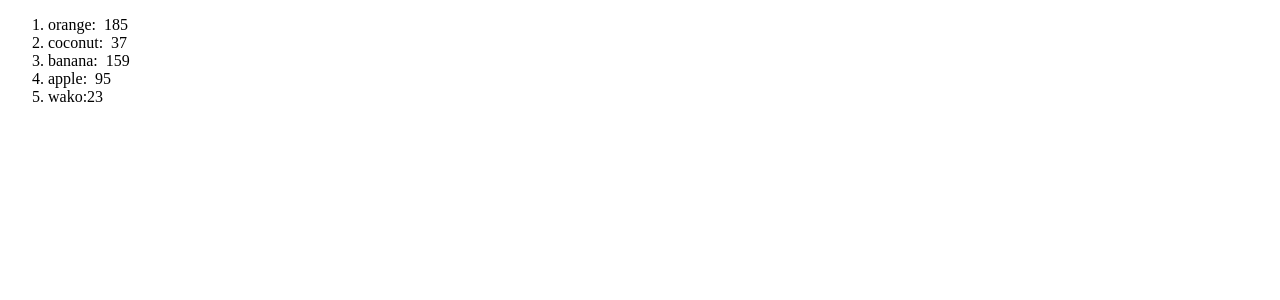
Repository: wakoya-tech/my-react-practice
Page: /
The author's editor kept a copy of each file at every save. The page is drawn from the files as they stood at one save, then again after the next save.
The browser window is 1280 px wide. The pictures show the whole page.
The project was rebuilt for these pictures with package versions that can differ from the ones it lists, and the page was loaded fresh each time. Also part of the build but not shown: vite.config.js, src/index.css.

Above is the page before, as saved 2025-10-01 15:53:25.

### src/App.jsx
import List from './List.jsx';

const vibe = { name: "wako:",calories: 23};

function App() {
  return (<>
  <List name={vibe.name} calories={  vibe.calories} />
  </>

  );
}

export default App;

### src/List.jsx
function List(props) {
    const fruits = [
      {id:1, name: "apple", calories: 95 },
      {id:2, name: "orange", calories: 185 },
      {id:3, name: "banana", calories: 159 },
      {id:4, name: "coconut", calories: 37 }
    ];
 // fruits.sort((a,b)=>a.name.localeCompare(b.name))
 fruits.sort((a,b)=>b.name.localeCompare(a.name))

    const listItems = fruits.map(fruit =>
      <li key={fruit.id}>{fruit.name}: &nbsp;
      {fruit.calories}</li>
    );

    return (
      <ol>
        {listItems}
        <li>{props.name}{props.calories}</li>
      </ol>
    );
  }

  export default List;

Loaded but not shown: index.html (common file); src/main.jsx (common file)

After the next save:
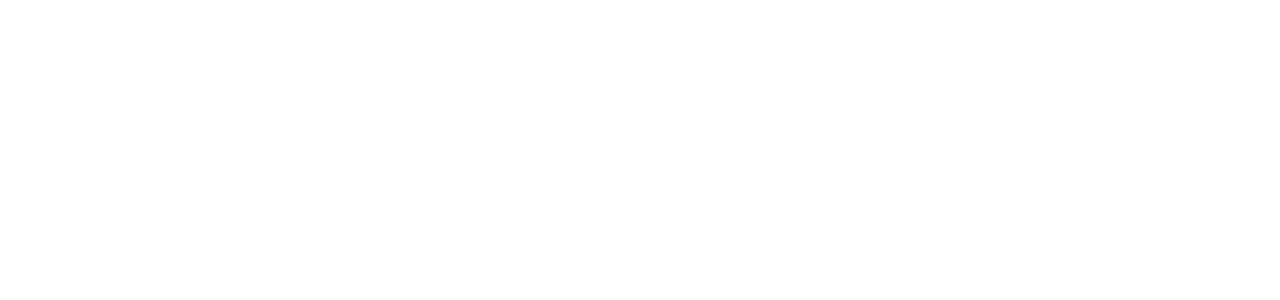
Console error: TypeError: fruits.Push is not a function
Saved 4 min 54 s later.
--- a/src/List.jsx
+++ b/src/List.jsx
@@ -5,6 +5,8 @@
       {id:3, name: "banana", calories: 159 },
       {id:4, name: "coconut", calories: 37 }
     ];
+   fruits.Push({id:5,name:props.name,calories:props.calories});
+
  // fruits.sort((a,b)=>a.name.localeCompare(b.name))
  fruits.sort((a,b)=>b.name.localeCompare(a.name))
 

After the 2 saves that followed:
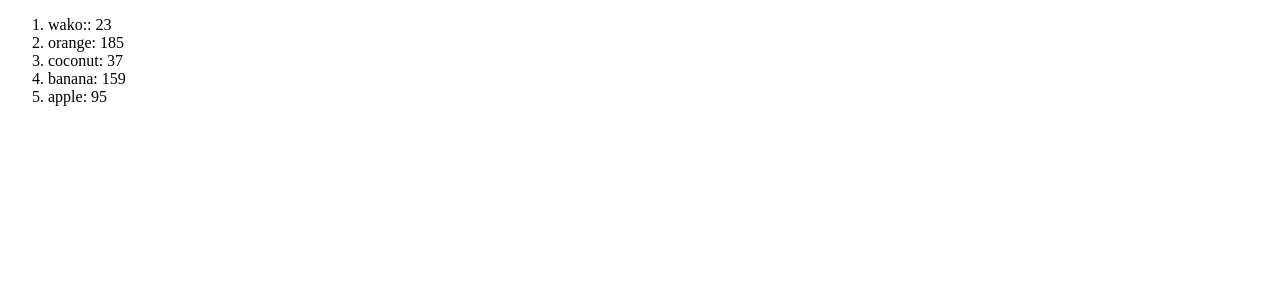
The error is gone.
The 2 saves are shown as one change because 1 left the picture as it was.
The last was saved 6 min 36 s later.
--- a/src/List.jsx
+++ b/src/List.jsx
@@ -1,24 +1,26 @@
 function List(props) {
     const fruits = [
-      {id:1, name: "apple", calories: 95 },
-      {id:2, name: "orange", calories: 185 },
-      {id:3, name: "banana", calories: 159 },
-      {id:4, name: "coconut", calories: 37 }
+      {id: 1, name: "apple", calories: 95 },
+      {id: 2, name: "orange", calories: 185 },
+      {id: 3, name: "banana", calories: 159 },
+      {id: 4, name: "coconut", calories: 37 }
     ];
-   fruits.Push({id:5,name:props.name,calories:props.calories});
 
- // fruits.sort((a,b)=>a.name.localeCompare(b.name))
- fruits.sort((a,b)=>b.name.localeCompare(a.name))
+    // Add wako into the same array
+    fruits.push({ id: 5, name: props.name, calories: props.calories });
+
+    // Sort all items (descending by name)
+    fruits.sort((a, b) => b.name.localeCompare(a.name));
 
     const listItems = fruits.map(fruit =>
-      <li key={fruit.id}>{fruit.name}: &nbsp;
-      {fruit.calories}</li>
+      <li key={fruit.id}>
+        {fruit.name}: {fruit.calories}
+      </li>
     );
 
     return (
       <ol>
         {listItems}
-        <li>{props.name}{props.calories}</li>
       </ol>
     );
   }
